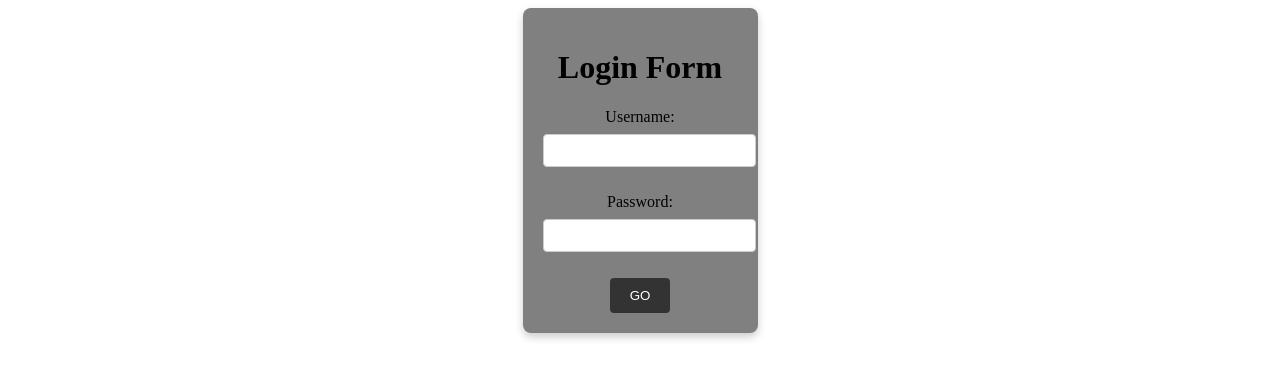
Repository: VIJAYkollu-7568/rakhi
Page: jsp/src/main/webapp/login.html
An editor plug-in stored every save of this project. The page is shown before and after the next save, followed by the edit.
The browser window is 1280 px wide. The pictures show the whole page.

Above is the page before, as saved 2024-11-07 09:07:24.

### jsp/src/main/webapp/login.html
<!DOCTYPE html>
<html lang="en">
<head>
    <meta charset="UTF-8">
    <meta name="viewport" content="width=device-width, initial-scale=1.0">
    <title>Login</title>
    <style>
        body {
            display: flex;
            align-items: center;
            justify-content: center;


        }
        form {
            background-color: #808080;
            padding: 20px;
            border-radius: 8px;
            text-align: center;
            box-shadow: 0 4px 8px rgba(0, 0, 0, 0.2);
        }
        input[type="text"], input[type="password"] {
            width: 100%;
            padding: 8px;
            margin: 8px 0;
            border: 1px solid #ccc;
            border-radius: 4px;
        }
        button {
            padding: 10px 20px;
            color: #fff;
            background-color: #333;
            border: none;
            border-radius: 4px;
            cursor: pointer;
        }
        button:hover {
            background-color: #555;
        }
    </style>
</head>
<body>
    <form action="login.jsp">
        <h1>Login Form</h1>
        <label for="username">Username:</label><br>
        <input type="text" id="username" name="username" required><br><br>
        <label for="password">Password:</label><br>
        <input type="password" id="password" name="password" required><br><br>
        <button type="submit">GO</button>
    </form>
</body>
</html>

After the next save:
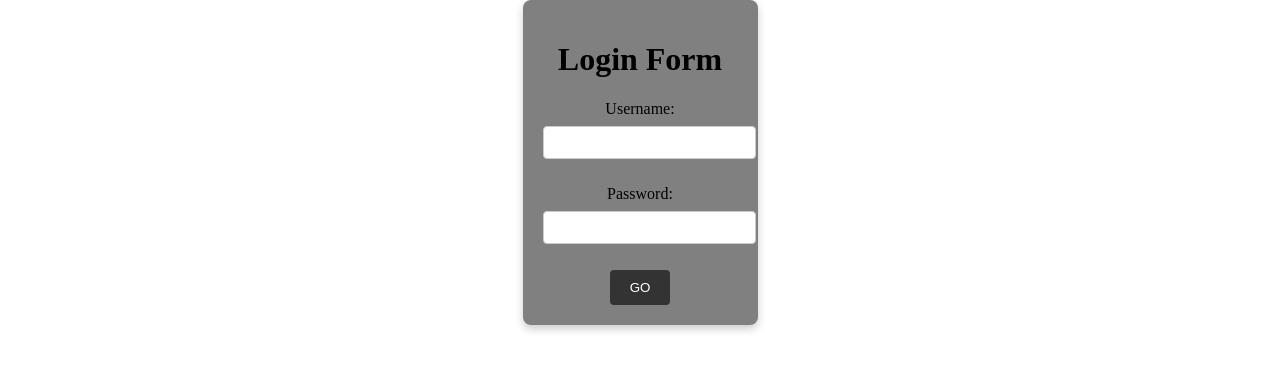
Saved 9 s later.
--- a/jsp/src/main/webapp/login.html
+++ b/jsp/src/main/webapp/login.html
@@ -10,6 +10,7 @@
             align-items: center;
             justify-content: center;
 
+            margin: 0;
 
         }
         form {
